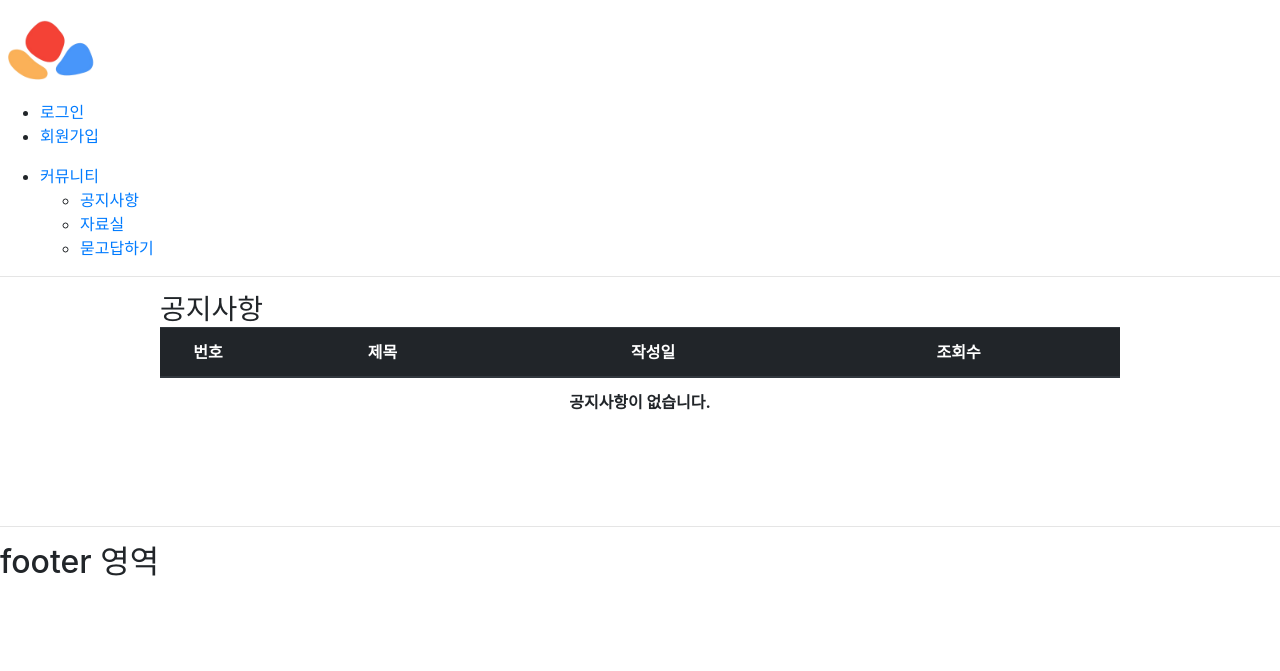
Repository: rnjsmj/pro01
Page: http://localhost/pro01/notice/noticeList.jsp
The author's editor kept a copy of each file at every save. The page is drawn from the files as they stood at one save, then again after the next save.
The browser window is 1280 px wide. The pictures show the whole page.
The page is served by Tomcat 9. Nobody is signed in. The application's start-up code is not run. Other server files are loaded and not shown. The template is opened directly, without the code that normally fills it, so the values that code supplies are empty.

Above is the page before, as saved 2024-04-13 07:03:20.

### pro01/WebContent/notice/noticeList.jsp
<%@ page language="java" contentType="text/html; charset=UTF-8"
    pageEncoding="UTF-8"%>
<%@ taglib prefix="c" uri="http://java.sun.com/jsp/jstl/core" %>
<%@ taglib prefix="fmt" uri="http://java.sun.com/jsp/jstl/fmt" %>
<c:set var="path0" value="<%=request.getContextPath() %>" />
<!DOCTYPE html>
<html>
<head>
<meta charset="UTF-8">
<title>갈현동 - 공지사항</title>
<%@ include file="/head.jsp" %>
<style>
	.page {text-align:center; justify-center:center; }
	.title { padding:1em; }
	.page_title {text-align:left; width:960px; margin:auto; }
	.div-table { text-align:center; display:flex; justify-center:center;  margin-bottom: 100px; }

	.table {text-align:center; width:960px; margin: 0 auto; min-width:724px;}
	.buttons { text-align:right; width:960px; margin : auto;}
	.buttons a { margin-right:30px;}
	.th-no {width:10%;}
	.th-resdate{width:30%;}
	.td-title {text-align:left;}
	.a-title { color:black;}
	.a-title:hover { font-weight:600; text-decoration:none;}

</style>
</head>
<body>
<div id="header">
	<%@ include file="/header.jsp" %>
</div>
<div id="contents" class="contents" >
	<section class="page" id="page1">
		<div >
			<h3 class="page_title">공지사항</h3>
			<div class="div-table">
				<table class="table">
					<thead class="thead-dark">
						<tr>
							<th class="th-no">번호</th>
							<th class="th-title">제목</th>
							<th class="th-resdate">작성일</th>
							<th class="th-visited">조회수</th>
						</tr>
					</thead>
					<tbody>
						<c:if test="${not empty noticeList }">
							<c:forEach var="dto" items="${noticeList }">
								<tr>
									<td>${dto.no }</td>
									<td class="td-title"><a href="${path0 }/GetNotice.do?no=${dto.no}" class="a-title">${dto.title }</a></td>
									<td>${dto.resdate }</td>

									<td>${dto.visited }</td>
								</tr>
							</c:forEach>
						</c:if>
						<c:if test="${empty noticeList }">
							<tr>
								<td colspan="4"><strong>공지사항이 없습니다.</strong></td>
							</tr>
						</c:if>
					</tbody>
				</table>
			</div>
			<c:if test="${sid.equals('admin') }">
			<div class="buttons">
				  <a href="${path0 }/notice/notice_ins.jsp" class="btn btn-secondary">글 등록</a>
			</div>
			</c:if>
		</div>
	</section>
</div>
<div id="footer">
	<%@ include file="/footer.jsp" %>
</div>
</body>
</html>

### pro01/WebContent/head.jsp
<%@ page language="java" contentType="text/html; charset=UTF-8"
    pageEncoding="UTF-8"%>
<%@ taglib prefix="c" uri="http://java.sun.com/jsp/jstl/core" %>
<%@ taglib prefix="fmt" uri="http://java.sun.com/jsp/jstl/fmt" %>
<c:set var="ipath" value="<%= request.getContextPath() %>" />
<script src="${ipath }/js/jquery-3.2.1.min.js"></script>
<link rel="stylesheet" href="${ipath }/css/bootstrap.min.css" />
<link rel="stylesheet" href="https://cdnjs.cloudflare.com/ajax/libs/font-awesome/5.7.0/css/all.min.css" />
<script src="${ipath }/js/bootstrap.min.js"></script>
<meta name="viewport" content="width=device-width, initial-scale=1.0">
<meta name="subject" content="갈현동 소개 (Galhyeon-dong Intro)" />
<meta name="description" content="갈현동, 로데오거리, 맛집, 교통" />
<meta name="keywords" content="갈현동, 갈현1동, 갈현2동, 거리, 맛집, 교통편, 연신내역, 연신내, 구산역, 구산동, 구파발, 로데오거리, 연신내로데오거리, 메트로타워, 주점" />
<link rel="icon" href="${ipath }/images/favicon.png" />
<link rel="shortcut icon" href="${ipath}/images/favicon3.png" />
<meta property="og:type" content="website" />
<meta property="og:title" content="갈현동" />
<meta property="og:description" content="갈현동, 로데오거리, 맛집, 교통" />
<meta property="og:image" content="${ipath }/images/site.png" />
<meta property="og:url" content="http://localhost:8091" />

### pro01/WebContent/header.jsp
<%@ page language="java" contentType="text/html; charset=UTF-8"
    pageEncoding="UTF-8"%>
<%@ taglib prefix="c" uri="http://java.sun.com/jsp/jstl/core" %>
<%@ taglib prefix="fmt" uri="http://java.sun.com/jsp/jstl/fmt" %>
<c:set var="hpath" value="<%= request.getContextPath() %>" />
<header>
	<div class="logo_wrap" >
		<a href="/pro01"><img alt="갈현동" src="${hpath }/images/favicon3.png" width=100px> </a>
	</div>
	<nav id="tnb">
		<ul>
			<c:if test="${empty sid }">
			<li><a href="${hpath }/member/login.jsp">로그인</a></li>
			<li><a href="${hpath }/member/term.jsp">회원가입</a></li>
			</c:if>
			<c:if test="${not empty sid }">
			<li><strong>${sname } 님 환영합니다.</strong></li>
			<li><a href="${hpath }/Logout.do">로그아웃</a></li>
			<li><a href="${hpath }/MemberUpdate.do?id=${sid}">마이페이지</a></li>
			</c:if>
			<c:if test="${sid.equals('admin') }">
			<li><a href="${hpath }/admin">관리자 페이지</a></li>
			</c:if>
		</ul>
	</nav>
	<nav id="gnb">
		<ul class="main_menu">
			<li><a href="">커뮤니티</a>
				<ul>
					<li><a href="${hpath }/NoticeList.do">공지사항</a></li>
					<li><a href="">자료실</a></li>
					<li><a href="">묻고답하기</a></li>
				</ul>
			</li>
		</ul>
	</nav>
</header>
<hr>

### pro01/WebContent/footer.jsp
<%@ page language="java" contentType="text/html; charset=UTF-8"
    pageEncoding="UTF-8"%>
<hr>
<footer>
	<h2>footer 영역</h2>
</footer>

Loaded but not shown: pro01/WebContent/js/jquery-3.2.1.min.js (library); pro01/WebContent/css/bootstrap.min.css (library); pro01/WebContent/js/bootstrap.min.js (library)

After the next save:
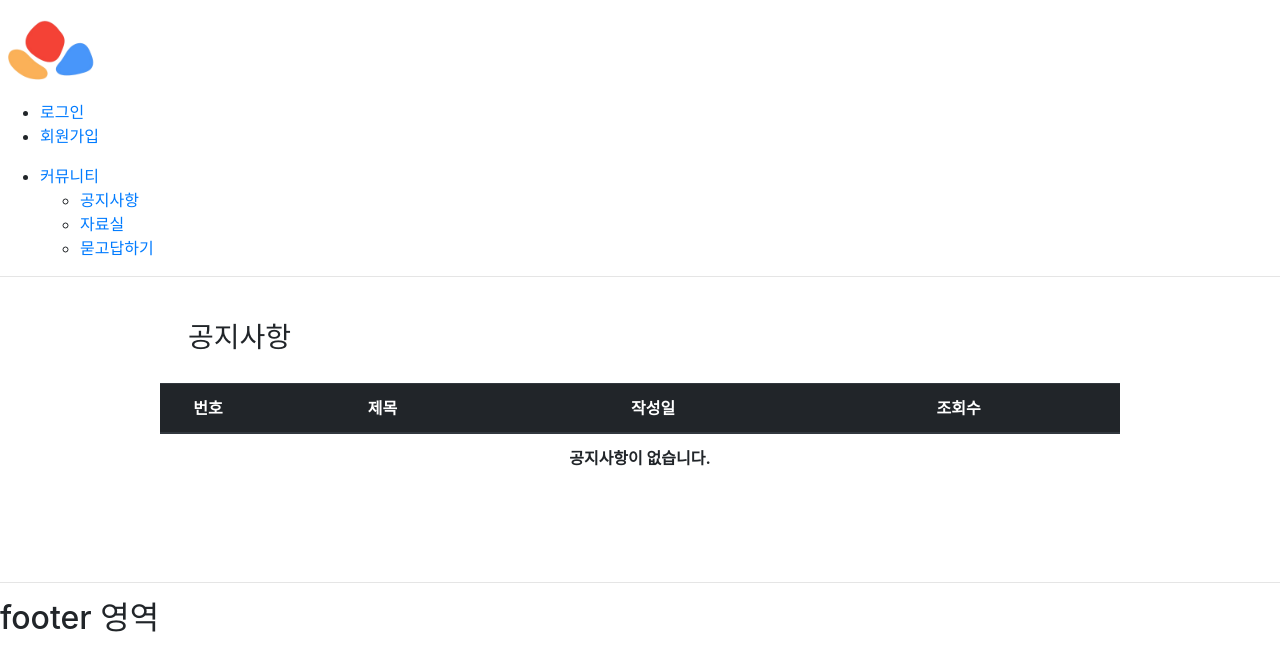
Saved 5 s later.
--- a/pro01/WebContent/notice/noticeList.jsp
+++ b/pro01/WebContent/notice/noticeList.jsp
@@ -11,8 +11,8 @@
 <%@ include file="/head.jsp" %>
 <style>
 	.page {text-align:center; justify-center:center; }
-	.title { padding:1em; }
-	.page_title {text-align:left; width:960px; margin:auto; }
+	.title {}
+	.page_title {text-align:left; width:960px; margin:auto;  padding:1em; }
 	.div-table { text-align:center; display:flex; justify-center:center;  margin-bottom: 100px; }
 
 	.table {text-align:center; width:960px; margin: 0 auto; min-width:724px;}
